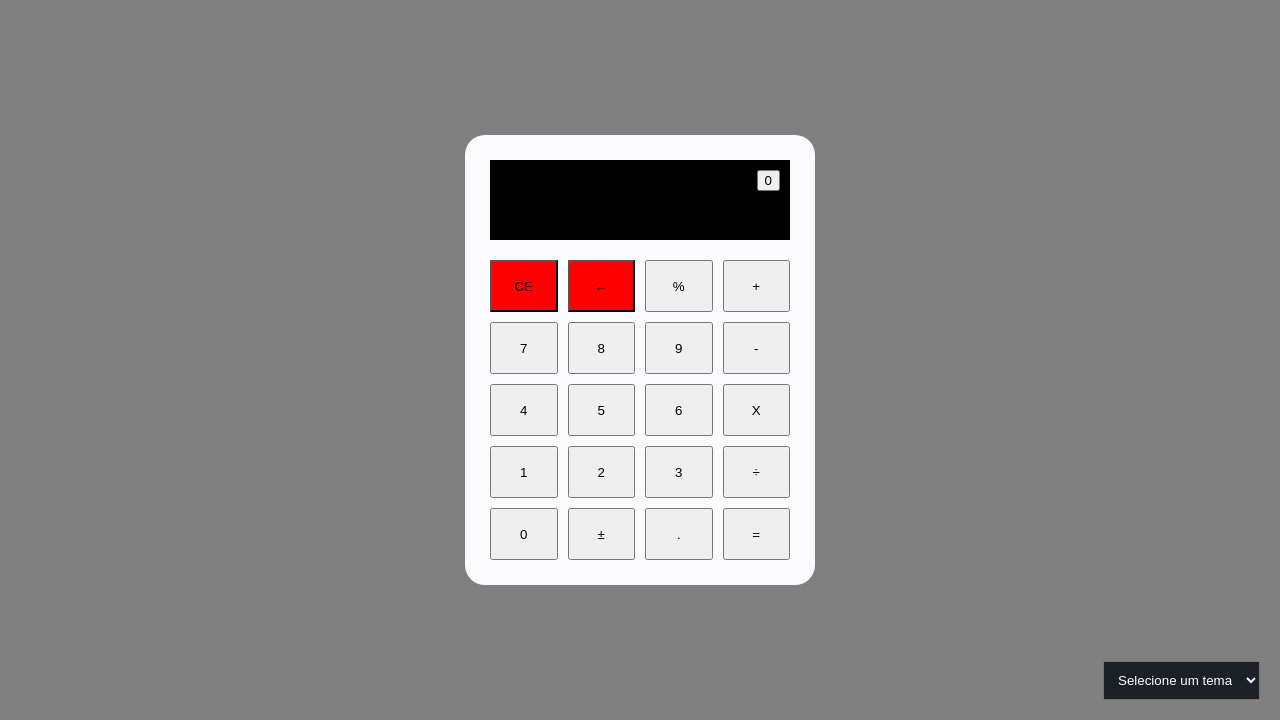
Repository: thislucasme/changing-theme-color-html-css-js
Page: index.html
The author's editor kept a copy of each file at every save. The page is drawn from the files as they stood at one save, then again after the next save.
The browser window is 1280 px wide. The pictures show the whole page.

Above is the page before, as saved 2022-06-29 16:13:22.

After the next save:
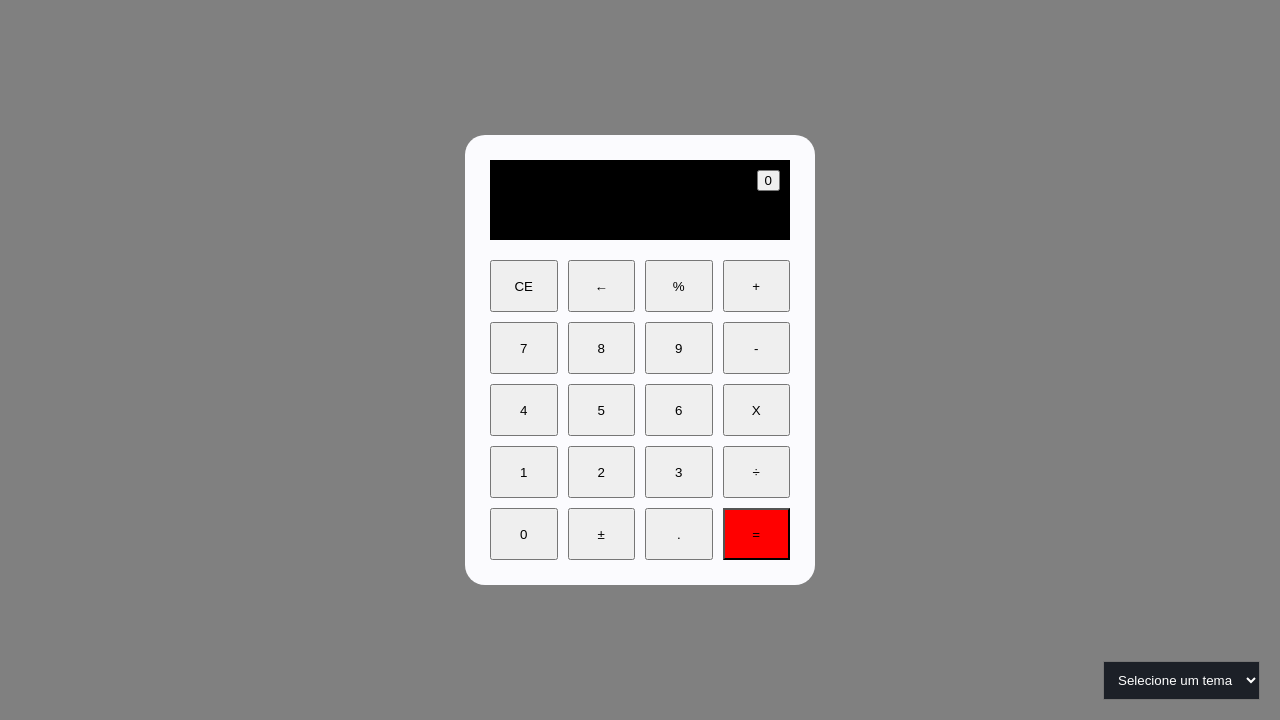
Saved 11 s later.
--- a/css/estilo.css
+++ b/css/estilo.css
@@ -38,7 +38,7 @@ html {
 
 }
 
-#apagar {
+#igual {
     background-color: red;
 }
 
